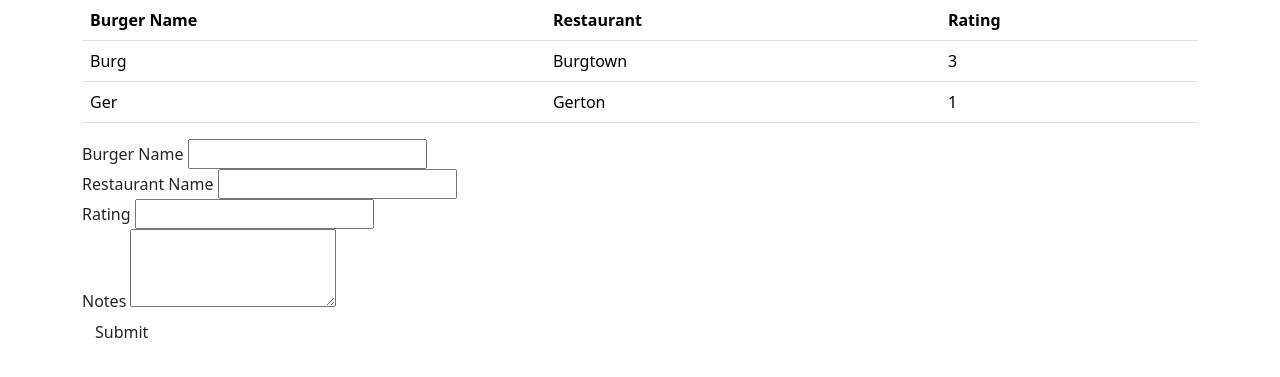
Repository: Hokusai12/Java_Dojo
Page: http://localhost/burgertracker/WEB-INF/index.jsp
An editor plug-in stored every save of this project. The page is shown before and after the next save, followed by the edit.
The browser window is 1280 px wide. The pictures show the whole page.
The page is served by Tomcat 9. Nobody is signed in. The template is opened directly, without the code that normally fills it, so the values that code supplies are empty.

Above is the page before, as saved 2023-03-05 18:21:40.

After the next save:
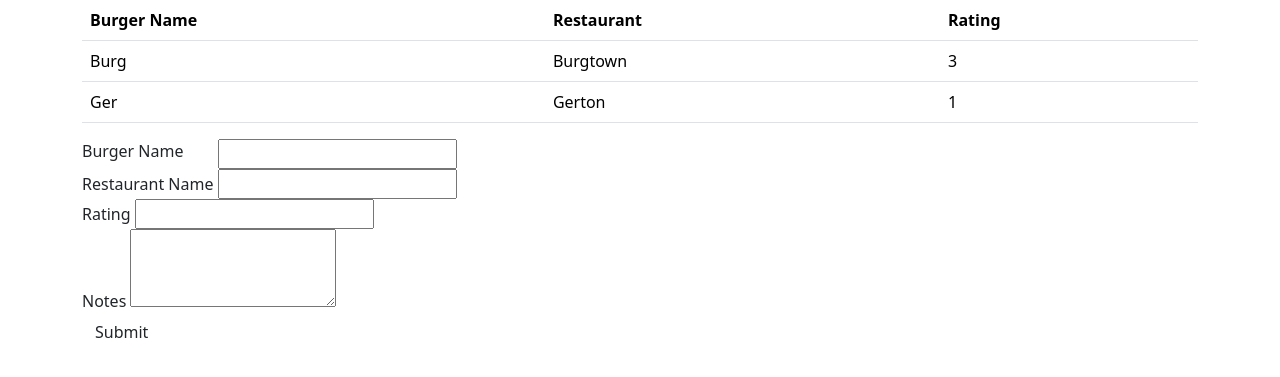
Saved 20 s later.
--- a/Spring/MVC/burgertracker/src/main/webapp/WEB-INF/index.jsp
+++ b/Spring/MVC/burgertracker/src/main/webapp/WEB-INF/index.jsp
@@ -34,7 +34,7 @@
 	</div>
 	<div class="container d-flex justify-content-middle">
 		<form action="">
-			<div>
+			<div class="d-flex justify-content-between">
 				<label for="name">Burger Name</label>
 				<input type="text" name="name"/>
 			</div>
